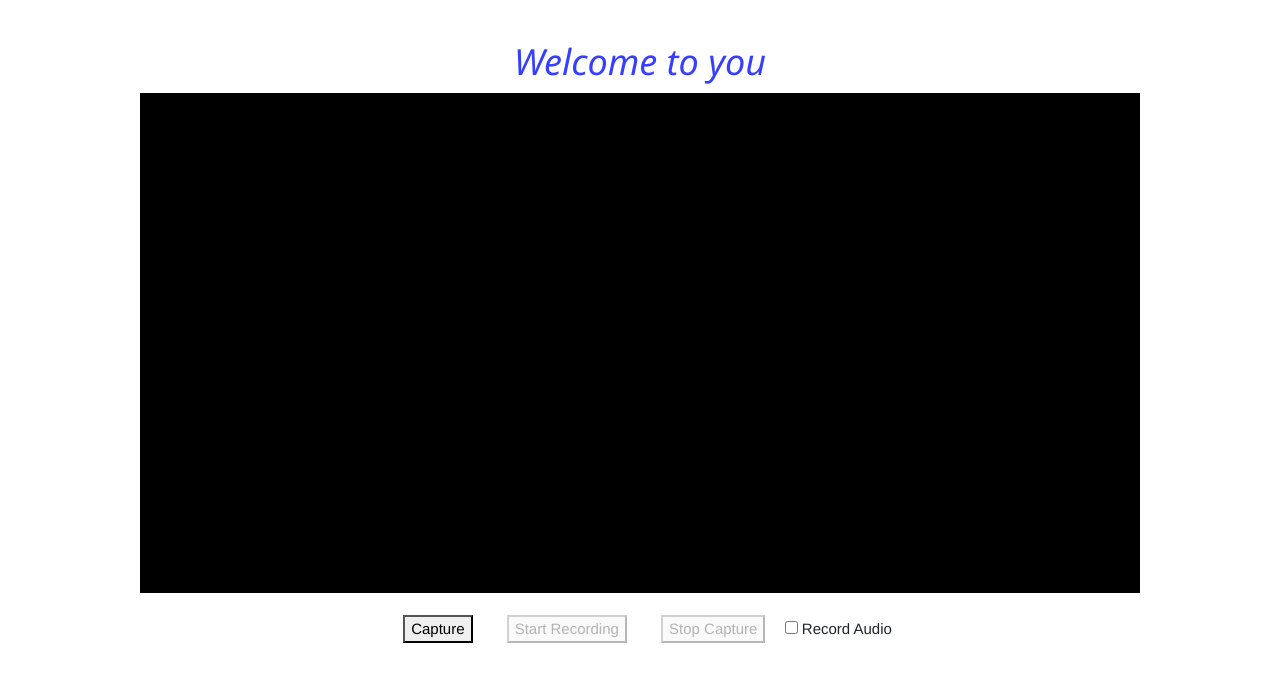
Repository: santiljanomalaj/recording_youtube
Page: index.html
These files come from the project's save history. The page is drawn as it stood at one moment and after the next save; the edit follows.
The browser window is 1280 px wide. The pictures show the whole page.

Above is the page before, as saved 2020-04-29 18:32:37.

### index.html
<!DOCTYPE html>
<html lang="en">
  <head>
    <title>video/audio capture</title>
    <meta charset="utf-8" />
    <meta http-equiv="X-UA-Compatible" content="IE=edge" />
    <meta name="viewport" content="width=device-width, initial-scale=1" />

    <link
      rel="stylesheet"
      href="https://maxcdn.bootstrapcdn.com/bootstrap/4.4.1/css/bootstrap.min.css"
    />
    <link rel="stylesheet" href="https://www.w3schools.com/w3css/4/w3.css" />
    <link
      rel="stylesheet"
      href="https://fonts.googleapis.com/css?family=Tangerine"
    />
    <link rel="stylesheet" href="style.css" />

    <!-- <script>
      if (location.protocol !== "https:") location.protocol = "https:";
    </script> -->
    <!-- import the webpage's stylesheet -->
  </head>
  <body>
    <center>
      <div class="w3-container w3-tangerine">
        <h1 class="w3-xxlarge"><i>Welcome to you</i></h1>
      </div>
      <p id="warning">
        Enable chrome://flags/#enable-experimental-web-platform-features
      </p>
      <video
        style="background-color: black; width: 1000px; height: 500px;"
        id="videoElement"
        autoplay
      ></video>
      <br />
      <button id="captureBtn">Capture</button>
      <button id="startBtn" disabled>Start Recording</button>
      <button id="stopBtn" disabled>Stop Capture</button>
      <input type="checkbox" id="audioToggle" />
      <label for="audioToggle">Record Audio</label>
      <a class="btn btn-primary" id="download" href="#" style="display: none;"
        >Download</a
      >
      <a
        type="button"
        class="btn btn-primary"
        id="trim"
        href="https://video-cut.glitch.me/"
        style="display: none;"
        target="trim"
        >Trim Video</a
      >
      <a
        type="button"
        class="btn btn-primary"
        id="convert"
        href="https://convert-to-mp4.glitch.me/"
        style="display: none;"
        target="convert"
        >Convert to MP4</a
      >
    </center>

    <script src="comlink.js"></script>
    <script src="https://ajax.googleapis.com/ajax/libs/jquery/3.4.1/jquery.min.js"></script>
    <script src="https://cdnjs.cloudflare.com/ajax/libs/popper.js/1.16.0/umd/popper.min.js"></script>
    <script src="https://maxcdn.bootstrapcdn.com/bootstrap/4.4.1/js/bootstrap.min.js"></script>

    <script>
      if ("getDisplayMedia" in navigator.mediaDevices)
        warning.style.display = "none";

      let blobs;
      let blob;
      let rec;
      let stream;

      captureBtn.onclick = async () => {
        trim.style.display = "none";
        convert.style.display = "none";
        download.style.display = "none";
        let audio = audioToggle.checked || false;

        stream = await navigator.mediaDevices.getDisplayMedia({
          video: true,
          audio: audio,
        });
        stream
          .getVideoTracks()
          .forEach((track) => (track.contentHint = "text"));
        videoElement.srcObject = stream;
        let opts = { mimeType: "video/webm; codecs=h264" };
        blobs = [];
        rec = new MediaRecorder(stream, opts);
        rec.ondataavailable = (e) => blobs.push(e.data);
        rec.onstop = () => {
          blob = new Blob(blobs, { type: "video/mp4" });
          let url = window.URL.createObjectURL(blob);
          download.href = url;
          download.download = "test.mp4";
          download.style.display = "block";
          trim.style.display = "block";
          convert.style.display = "block";
        };
        startBtn.disabled = false;
        captureBtn.disabled = true;
        audioToggle.disabled = true;
      };

      startBtn.onclick = () => {
        startBtn.disabled = true;
        stopBtn.disabled = false;
        rec.start();
      };

      stopBtn.onclick = () => {
        captureBtn.disabled = false;
        startBtn.disabled = true;
        stopBtn.disabled = true;
        audioToggle.disabled = false;
        rec.stop();
        stream.getTracks().forEach((s) => s.stop());
        videoElement.srcObject = null;
        stream = null;
      };

      trim.onclick = async (event) => {
        event.preventDefault();
        let cutWindow = window.open(event.target.href);
        let start = Comlink.proxy(cutWindow);
        setTimeout(async () => {
          let result = await start(
            new File([blob], "test.webm", { type: "video/webm" }),
            "00:00:00"
          );
        }, 1000);
      };

      convert.onclick = async (event) => {
        event.preventDefault();
        let convertWindow = window.open(event.target.href);
        let start = Comlink.proxy(convertWindow);
        setTimeout(async () => {
          let result = await start(
            new File([blob], "test.webm", { type: "video/webm" })
          );
        }, 1000);
      };
    </script>
  </body>
</html>

### style.css
/* CSS files add styling rules to your content */

body {
  font-family: "Benton Sans", "Helvetica Neue", helvetica, arial, sans-serif;
  margin: 2em;
}

h1 {
  font-style: italic;
  color: #373fff;
}

video {
  width: 1000px;
  height: 1000px;
}

button {
  margin: 1em;
  padding: 1;
}

.w3-tangerine {
  font-family: "Tangerine", serif;
}

### comlink.js
/**
 * Copyright 2017 Google Inc. All Rights Reserved.
 * Licensed under the Apache License, Version 2.0 (the "License");
 * you may not use this file except in compliance with the License.
 * You may obtain a copy of the License at
 *     http://www.apache.org/licenses/LICENSE-2.0
 * Unless required by applicable law or agreed to in writing, software
 * distributed under the License is distributed on an "AS IS" BASIS,
 * WITHOUT WARRANTIES OR CONDITIONS OF ANY KIND, either express or implied.
 * See the License for the specific language governing permissions and
 * limitations under the License.
 */
(function (factory) {
  if (typeof module === "object" && typeof module.exports === "object") {
    var v = factory(require, exports);
    if (v !== undefined) module.exports = v;
  } else if (typeof define === "function" && define.amd) {
    define(["require", "exports"], factory);
  } else {
    factory([], (self.Comlink = {}));
  }
})(function (require, exports) {
  "use strict";
  Object.defineProperty(exports, "__esModule", { value: true });
  const TRANSFERABLE_TYPES = [ArrayBuffer, MessagePort];
  const uid = Math.floor(Math.random() * Number.MAX_SAFE_INTEGER);
  const proxyValueSymbol = Symbol("proxyValue");
  const throwSymbol = Symbol("throw");
  const proxyTransferHandler = {
    canHandle: (obj) => obj && obj[proxyValueSymbol],
    serialize: (obj) => {
      const { port1, port2 } = new MessageChannel();
      expose(obj, port1);
      return port2;
    },
    deserialize: (obj) => {
      return proxy(obj);
    },
  };
  const throwTransferHandler = {
    canHandle: (obj) => obj && obj[throwSymbol],
    serialize: (obj) => obj.toString() + "\n" + obj.stack,
    deserialize: (obj) => {
      throw Error(obj);
    },
  };
  exports.transferHandlers = new Map([
    ["PROXY", proxyTransferHandler],
    ["THROW", throwTransferHandler],
  ]);
  let pingPongMessageCounter = 0;
  function proxy(endpoint, target) {
    if (isWindow(endpoint)) endpoint = windowEndpoint(endpoint);
    if (!isEndpoint(endpoint))
      throw Error(
        "endpoint does not have all of addEventListener, removeEventListener and postMessage defined"
      );
    activateEndpoint(endpoint);
    return cbProxy(
      async (irequest) => {
        let args = [];
        if (irequest.type === "APPLY" || irequest.type === "CONSTRUCT")
          args = irequest.argumentsList.map(wrapValue);
        const response = await pingPongMessage(
          endpoint,
          Object.assign({}, irequest, { argumentsList: args }),
          transferableProperties(args)
        );
        const result = response.data;
        return unwrapValue(result.value);
      },
      [],
      target
    );
  }
  exports.proxy = proxy;
  function proxyValue(obj) {
    obj[proxyValueSymbol] = true;
    return obj;
  }
  exports.proxyValue = proxyValue;
  function expose(rootObj, endpoint) {
    if (isWindow(endpoint)) endpoint = windowEndpoint(endpoint);
    if (!isEndpoint(endpoint))
      throw Error(
        "endpoint does not have all of addEventListener, removeEventListener and postMessage defined"
      );
    activateEndpoint(endpoint);
    attachMessageHandler(endpoint, async function (event) {
      if (!event.data.id || !event.data.callPath) return;
      const irequest = event.data;
      let that = await irequest.callPath
        .slice(0, -1)
        .reduce((obj, propName) => obj[propName], rootObj);
      let obj = await irequest.callPath.reduce(
        (obj, propName) => obj[propName],
        rootObj
      );
      let iresult = obj;
      let args = [];
      if (irequest.type === "APPLY" || irequest.type === "CONSTRUCT")
        args = irequest.argumentsList.map(unwrapValue);
      if (irequest.type === "APPLY") {
        try {
          iresult = await obj.apply(that, args);
        } catch (e) {
          iresult = e;
          iresult[throwSymbol] = true;
        }
      }
      if (irequest.type === "CONSTRUCT") {
        try {
          iresult = new obj(...args); // eslint-disable-line new-cap
          iresult = proxyValue(iresult);
        } catch (e) {
          iresult = e;
          iresult[throwSymbol] = true;
        }
      }
      if (irequest.type === "SET") {
        obj[irequest.property] = irequest.value;
        // FIXME: ES6 Proxy Handler `set` methods are supposed to return a
        // boolean. To show good will, we return true asynchronously ¯\_(ツ)_/¯
        iresult = true;
      }
      iresult = makeInvocationResult(iresult);
      iresult.id = irequest.id;
      return endpoint.postMessage(iresult, transferableProperties([iresult]));
    });
  }
  exports.expose = expose;
  function wrapValue(arg) {
    // Is arg itself handled by a TransferHandler?
    for (const [key, transferHandler] of exports.transferHandlers) {
      if (transferHandler.canHandle(arg)) {
        return {
          type: key,
          value: transferHandler.serialize(arg),
        };
      }
    }
    // If not, traverse the entire object and find handled values.
    let wrappedChildren = [];
    for (const item of iterateAllProperties(arg)) {
      for (const [key, transferHandler] of exports.transferHandlers) {
        if (transferHandler.canHandle(item.value)) {
          wrappedChildren.push({
            path: item.path,
            wrappedValue: {
              type: key,
              value: transferHandler.serialize(item.value),
            },
          });
        }
      }
    }
    for (const wrappedChild of wrappedChildren) {
      const container = wrappedChild.path
        .slice(0, -1)
        .reduce((obj, key) => obj[key], arg);
      container[wrappedChild.path[wrappedChild.path.length - 1]] = null;
    }
    return {
      type: "RAW",
      value: arg,
      wrappedChildren,
    };
  }
  function unwrapValue(arg) {
    if (exports.transferHandlers.has(arg.type)) {
      const transferHandler = exports.transferHandlers.get(arg.type);
      return transferHandler.deserialize(arg.value);
    } else if (isRawWrappedValue(arg)) {
      for (const wrappedChildValue of arg.wrappedChildren || []) {
        if (!exports.transferHandlers.has(wrappedChildValue.wrappedValue.type))
          throw Error(
            `Unknown value type "${arg.type}" at ${wrappedChildValue.path.join(
              "."
            )}`
          );
        const transferHandler = exports.transferHandlers.get(
          wrappedChildValue.wrappedValue.type
        );
        const newValue = transferHandler.deserialize(
          wrappedChildValue.wrappedValue.value
        );
        replaceValueInObjectAtPath(arg.value, wrappedChildValue.path, newValue);
      }
      return arg.value;
    } else {
      throw Error(`Unknown value type "${arg.type}"`);
    }
  }
  function replaceValueInObjectAtPath(obj, path, newVal) {
    const lastKey = path.slice(-1)[0];
    const lastObj = path.slice(0, -1).reduce((obj, key) => obj[key], obj);
    lastObj[lastKey] = newVal;
  }
  function isRawWrappedValue(arg) {
    return arg.type === "RAW";
  }
  function windowEndpoint(w) {
    if (self.constructor.name !== "Window") throw Error("self is not a window");
    return {
      addEventListener: self.addEventListener.bind(self),
      removeEventListener: self.removeEventListener.bind(self),
      postMessage: (msg, transfer) => w.postMessage(msg, "*", transfer),
    };
  }
  function isEndpoint(endpoint) {
    return (
      "addEventListener" in endpoint &&
      "removeEventListener" in endpoint &&
      "postMessage" in endpoint
    );
  }
  function activateEndpoint(endpoint) {
    if (isMessagePort(endpoint)) endpoint.start();
  }
  function attachMessageHandler(endpoint, f) {
    // Checking all possible types of `endpoint` manually satisfies TypeScript’s
    // type checker. Not sure why the inference is failing here. Since it’s
    // unnecessary code I’m going to resort to `any` for now.
    // if(isWorker(endpoint))
    //   endpoint.addEventListener('message', f);
    // if(isMessagePort(endpoint))
    //   endpoint.addEventListener('message', f);
    // if(isOtherWindow(endpoint))
    //   endpoint.addEventListener('message', f);
    endpoint.addEventListener("message", f);
  }
  function detachMessageHandler(endpoint, f) {
    // Same as above.
    endpoint.removeEventListener("message", f);
  }
  function isMessagePort(endpoint) {
    return endpoint.constructor.name === "MessagePort";
  }
  function isWindow(endpoint) {
    // TODO: This doesn’t work on cross-origin iframes.
    // return endpoint.constructor.name === 'Window';
    return ["window", "length", "location", "parent", "opener"].every(
      (prop) => prop in endpoint
    );
  }
  /**
   * `pingPongMessage` sends a `postMessage` and waits for a reply. Replies are
   * identified by a unique id that is attached to the payload.
   */
  function pingPongMessage(endpoint, msg, transferables) {
    const id = `${uid}-${pingPongMessageCounter++}`;
    return new Promise((resolve) => {
      attachMessageHandler(endpoint, function handler(event) {
        if (event.data.id !== id) return;
        detachMessageHandler(endpoint, handler);
        resolve(event);
      });
      // Copy msg and add `id` property
      msg = Object.assign({}, msg, { id });
      endpoint.postMessage(msg, transferables);
    });
  }
  function cbProxy(cb, callPath = [], target = function () {}) {
    return new Proxy(target, {
      construct(_target, argumentsList, proxy) {
        return cb({
          type: "CONSTRUCT",
          callPath,
          argumentsList,
        });
      },
      apply(_target, _thisArg, argumentsList) {
        // We use `bind` as an indicator to have a remote function bound locally.
        // The actual target for `bind()` is currently ignored.
        if (callPath[callPath.length - 1] === "bind")
          return cbProxy(cb, callPath.slice(0, -1));
        return cb({
          type: "APPLY",
          callPath,
          argumentsList,
        });
      },
      get(_target, property, proxy) {
        if (property === "then" && callPath.length === 0) {
          return { then: () => proxy };
        } else if (property === "then") {
          const r = cb({
            type: "GET",
            callPath,
          });
          return Promise.resolve(r).then.bind(r);
        } else {
          return cbProxy(cb, callPath.concat(property), _target[property]);
        }
      },
      set(_target, property, value, _proxy) {
        return cb({
          type: "SET",
          callPath,
          property,
          value,
        });
      },
    });
  }
  function isTransferable(thing) {
    return TRANSFERABLE_TYPES.some((type) => thing instanceof type);
  }
  function* iterateAllProperties(value, path = [], visited = null) {
    if (!value) return;
    if (!visited) visited = new WeakSet();
    if (visited.has(value)) return;
    if (typeof value === "string") return;
    if (typeof value === "object") visited.add(value);
    if (ArrayBuffer.isView(value)) return;
    yield { value, path };
    const keys = Object.keys(value);
    for (const key of keys)
      yield* iterateAllProperties(value[key], [...path, key], visited);
  }
  function transferableProperties(obj) {
    const r = [];
    for (const prop of iterateAllProperties(obj)) {
      if (isTransferable(prop.value)) r.push(prop.value);
    }
    return r;
  }
  function makeInvocationResult(obj) {
    for (const [type, transferHandler] of exports.transferHandlers) {
      if (transferHandler.canHandle(obj)) {
        const value = transferHandler.serialize(obj);
        return {
          value: { type, value },
        };
      }
    }
    return {
      value: {
        type: "RAW",
        value: obj,
      },
    };
  }
});

After the next save:
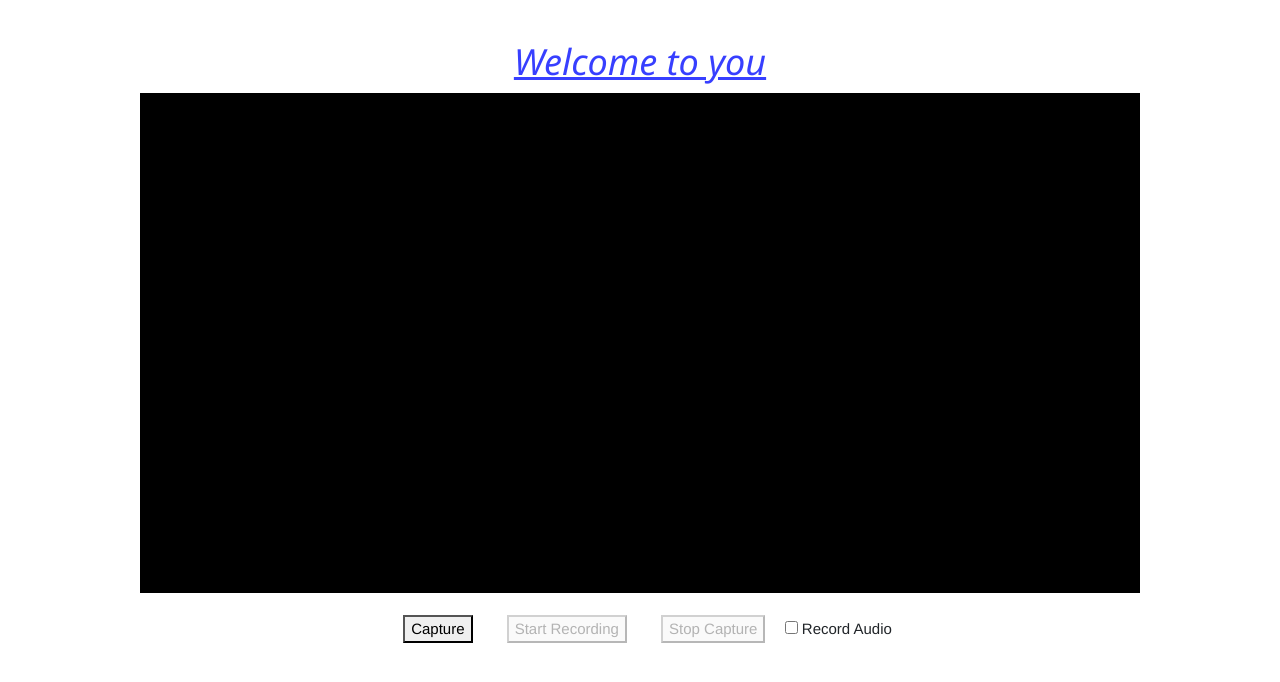
Saved 21 s later.
--- a/index.html
+++ b/index.html
@@ -25,7 +25,7 @@
   <body>
     <center>
       <div class="w3-container w3-tangerine">
-        <h1 class="w3-xxlarge"><i>Welcome to you</i></h1>
+        <h1 class="w3-xxlarge"><u>Welcome to you</u></h1>
       </div>
       <p id="warning">
         Enable chrome://flags/#enable-experimental-web-platform-features
